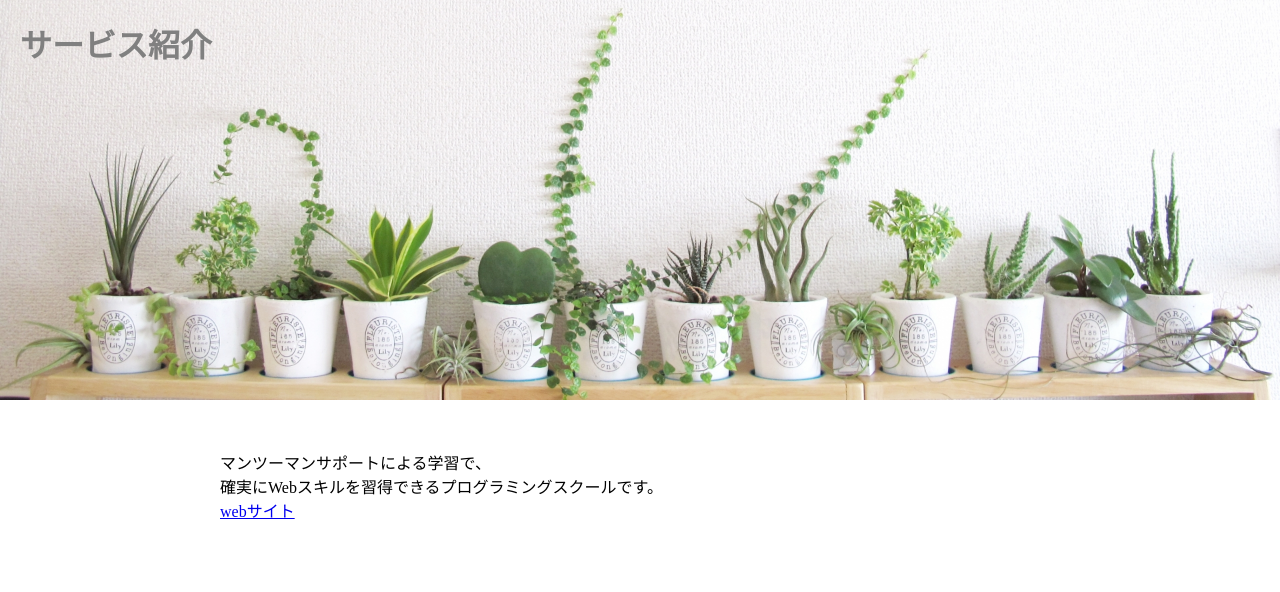
Repository: hayase-m/Webcamp
Page: chapter7/chapter7.html
The author's editor kept a record of every edit. The page is drawn from the files as they stood at one moment, then again after the next edit.
The browser window is 1280 px wide. The pictures show the whole page.

Above is the page before.

After the next edit:
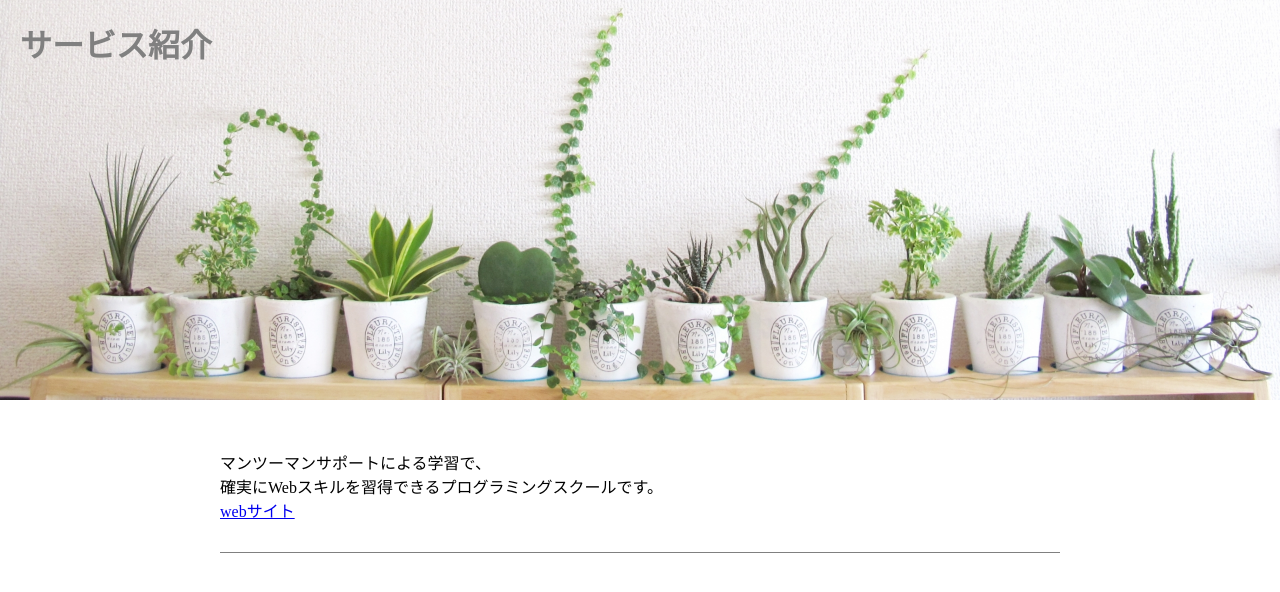
The edit:
--- a/chapter7/chapter7.html
+++ b/chapter7/chapter7.html
@@ -13,7 +13,8 @@
 
 
   <main>
-    <div class="item1">
+    <div class="item">
+      <div class="icon1"></div>
       <p>マンツーマンサポートによる学習で、<br>
       確実にWebスキルを習得できるプログラミングスクールです。</p>
       <a href="chapter7.html">webサイト</a>
